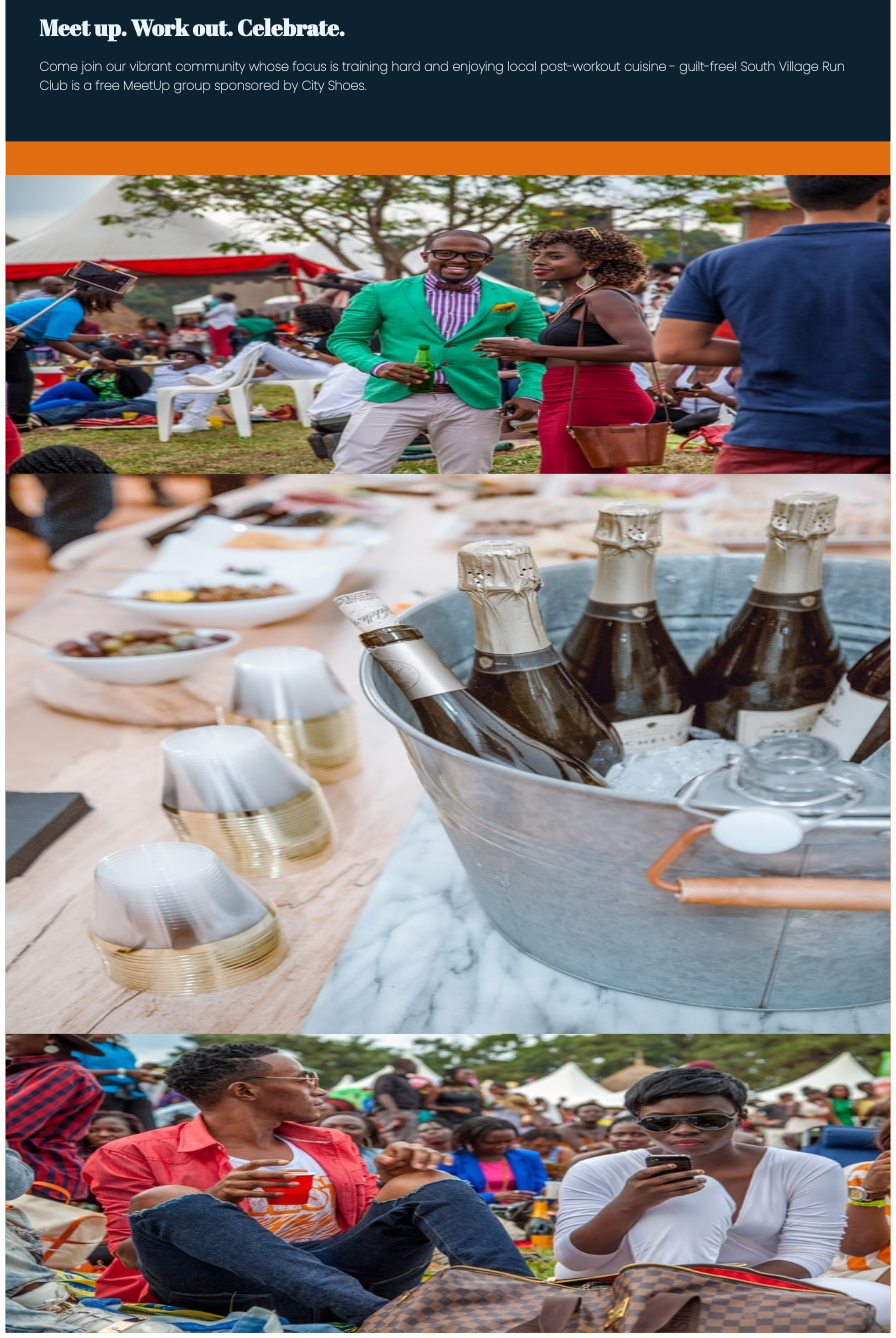
Repository: lastbronx41/lastbronx41.github.io
Page: starting/index.html
The author's editor kept a copy of each file at every save. The page is drawn from the files as they stood at one save, then again after the next save.
The browser window is 1280 px wide. The pictures show the part of the page from y = 1060 to 2980 px (the page is 2972 px tall before and 3164 px after), at 70% of full size.
Some web fonts or font styles are not loaded; a fallback is used.

Above is the page before, as saved 2022-07-19 04:59:09.

### starting/index.html
<!DOCTYPE html>

<html>
	<head>
		<meta charset="utf-8" />
		<title>Our Club</title>
		<link rel="stylesheet" href="./styles.css" type="text/css" />
		<link rel="preconnect" href="https://fonts.googleapis.com" />
		<link rel="preconnect" href="https://fonts.gstatic.com" crossorigin />
		<link
			href="https://fonts.googleapis.com/css2?family=Abril+Fatface&family=Slabo+13px&family=Space+Mono&display=swap"
			rel="stylesheet"
		/>
		<link rel="preconnect" href="https://fonts.googleapis.com" />
		<link rel="preconnect" href="https://fonts.gstatic.com" crossorigin />
		<link
			href="https://fonts.googleapis.com/css2?family=Abril+Fatface&family=Poppins:wght@100&family=Slabo+13px&family=Space+Mono&display=swap"
			rel="stylesheet"
		/>
	</head>

	<body>
		<div class="header">
			<div id="title">West End Club</div>
			<div>
				<ul class="links">
					<a href>
						<li class="nav">Events</li>
					</a>
					<a href>
						<li class="nav">Partners</li>
					</a>
					<a href>
						<li class="nav">About Us</li>
					</a>
				</ul>
			</div>
		</div>

		<div id="cover-photo">
			<img src="./resources/cover-photo.jpg" />
			<div class="main-text">
				<h1>Meet up. Work out. Celebrate.</h1>
				<p>
					Come join our vibrant community whose focus is training hard and
					enjoying local post-workout cuisine - guilt-free! South Village Run
					Club is a free MeetUp group sponsored by City Shoes.
				</p>
			</div>
			<div class="other-pics">
				<img src="./resources/1.jpg" />
				<img src="./resources/2.jpg" />
				<img src="./resources/3.jpg" />
			</div>
		</div>
	</body>
</html>

### starting/styles.css
.header {
   display: flex;
   justify-content: space-around;
   background-color: #E06D10;
   align-items: center;
   padding: 1rem
}

#title {
   font-size: 55px;
   font-family: 'Abril Fatface', cursive;
}

.links, .links a {
   display: inline-flex;
   flex-wrap: wrap;
   justify-content: flex-end;
   list-style-type: none;
   gap: 1rem;
   text-decoration-line: none;
}

.nav {
   font-size: 22px;
   font-family: 'Poppins', sans-serif;
   font-weight: bolder;
   border-radius: 34%;
   padding: 0.4rem 0.8rem;
   color: #EBF4FA;
}

.nav:hover {
   color: #E06D10;
   background-color: black;
}

#cover-photo {
   display: flex;
   flex-direction: column;
   background-color: #E06D10;
}

#cover-photo img {
   max-width: 100%;
}
.main-text {
   background-color: #0C2231;
   color: #EBF4FA;
   margin: 3rem auto;
   padding: 3rem 3rem 3rem 3rem;
}

.main-text h1 {
   font-family: 'Abril Fatface', cursive;
}

.main-text p {
   font-family: 'Poppins', sans-serif;
   font-size: 18px;
   font-weight: bolder;
}

.other-pics {
   display: flex;
   justify-content: center;
   flex-wrap: wrap;
   flex-direction: column;
   min-height: 100%;

}

After the next save:
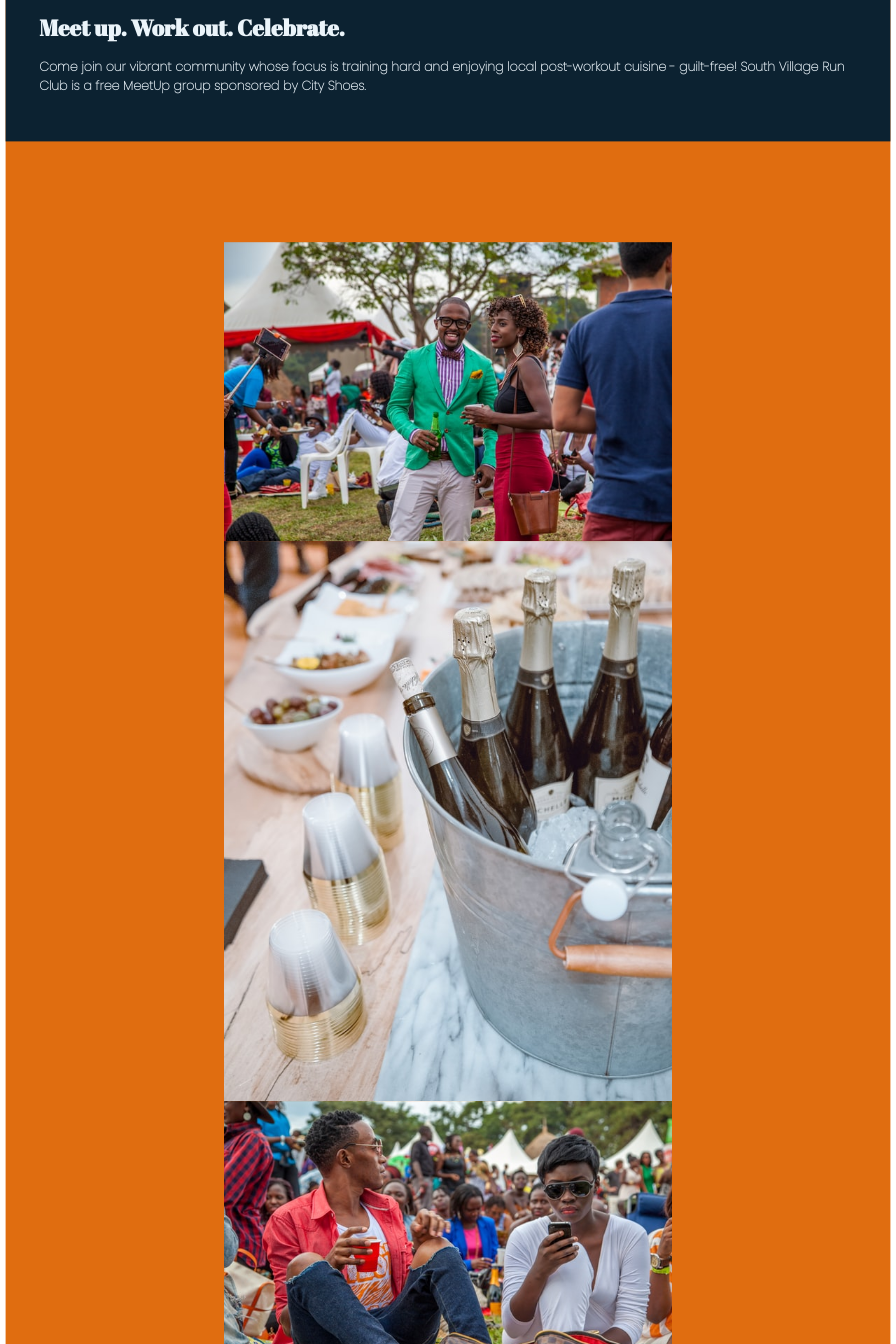
Saved 8 s later.
--- a/starting/styles.css
+++ b/starting/styles.css
@@ -66,5 +66,6 @@
    flex-wrap: wrap;
    flex-direction: column;
    min-height: 100%;
-
+   margin: 3rem auto;
+   padding: 3rem 3rem 3rem 3rem;
 }
